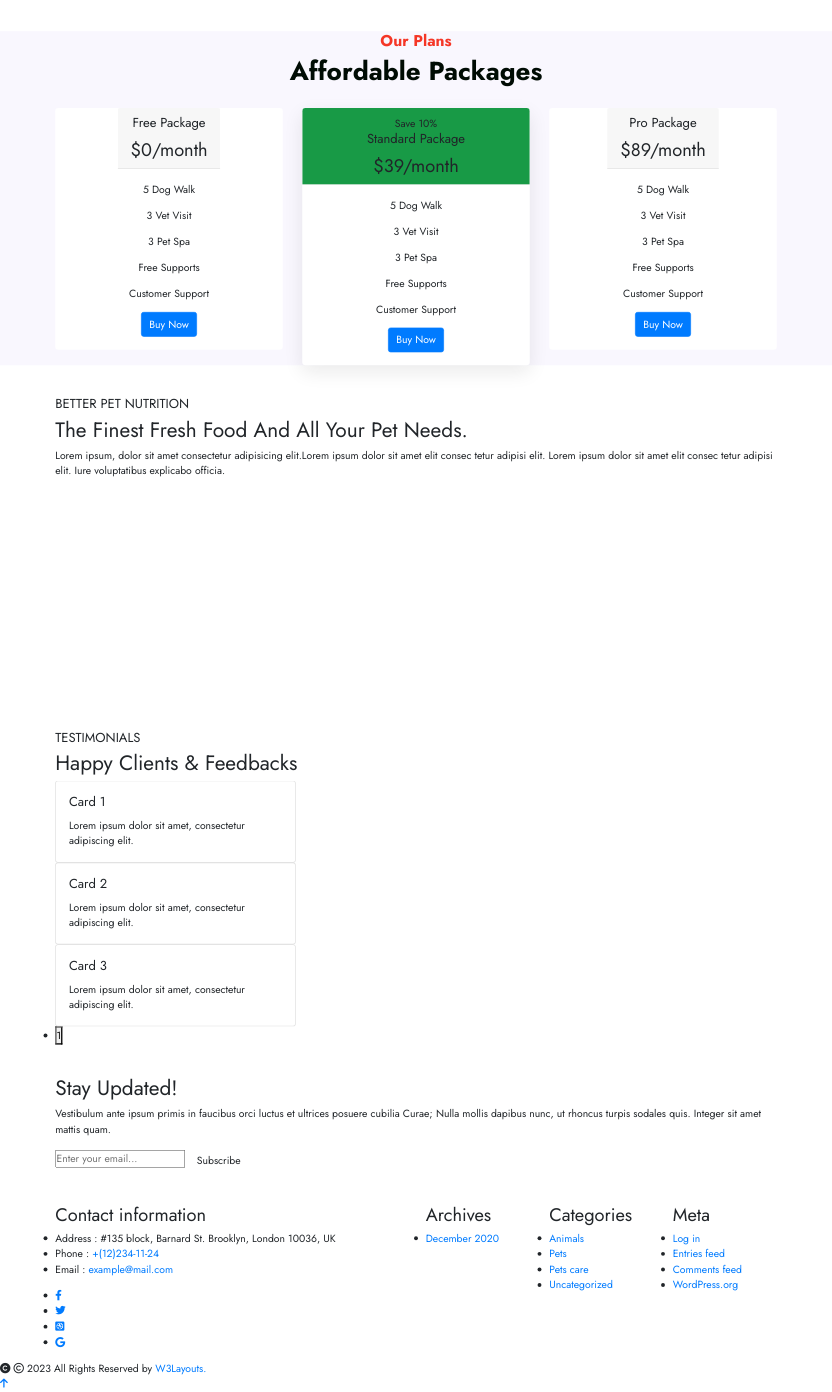
Repository: thanhfrankie/poochcare
Page: index.html
The author's editor kept a copy of each file at every save. The page is drawn from the files as they stood at one save, then again after a run of saves.
The browser window is 1280 px wide. The pictures show the whole page, at 65% of full size.
Pictures or frames that could not be fetched are drawn as grey boxes.

Above is the page before, as saved 2023-12-20 21:57:02.

After the next 2 saves:
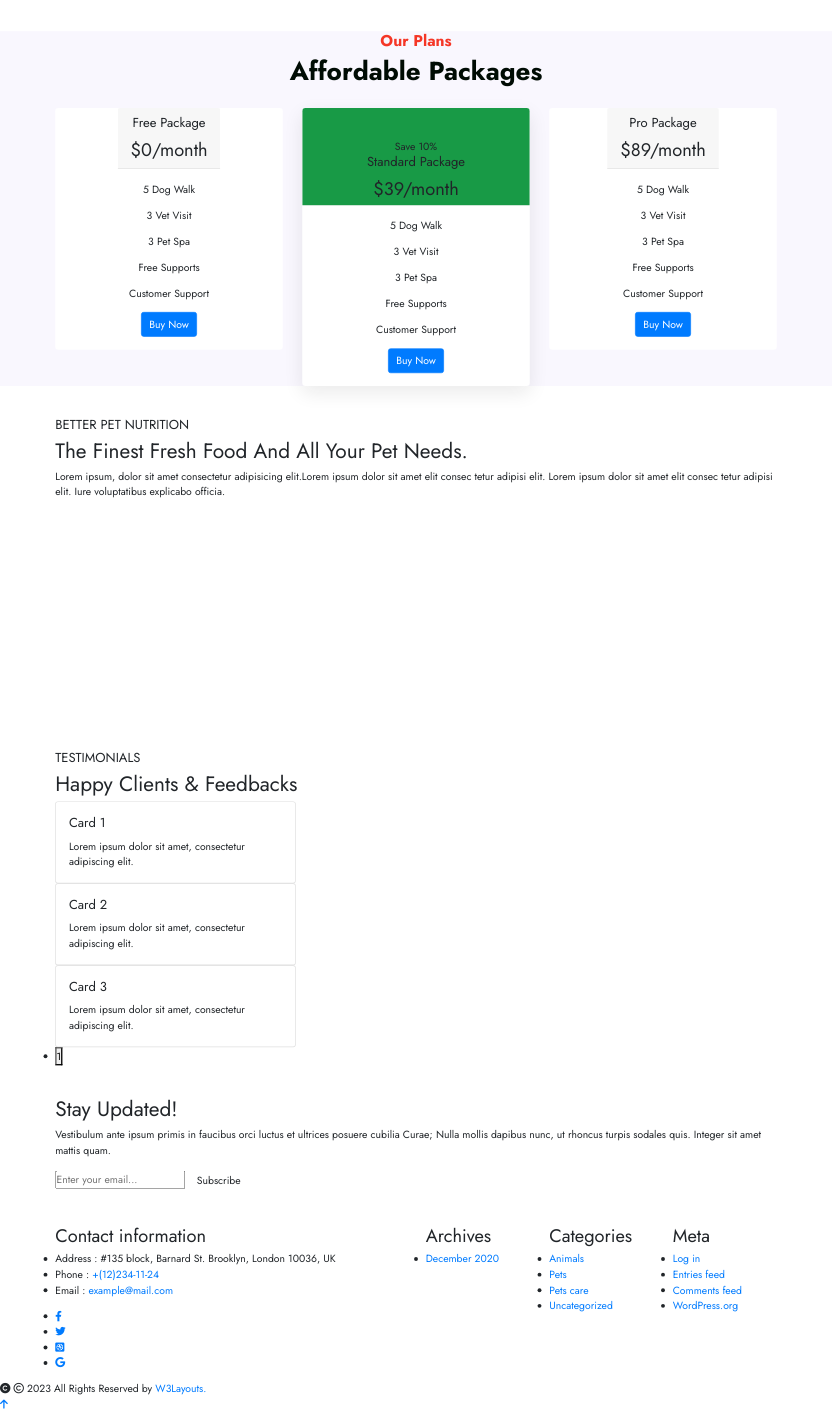
The 2 saves are shown as one change because they came seconds apart.
The last was saved 20 s later.
--- a/css/pricing.css
+++ b/css/pricing.css
@@ -1,49 +1,48 @@
 .pricing {
-    background-color: #F9F7FE;
+  background-color: #f9f7fe;
 }
 .pricing .container {
-    width: 100%;
+  width: 100%;
 }
 .pricing .container .title {
-    display: flex;
-    justify-content: center;
-    align-items: center;
-    flex-direction: column;
-    padding-bottom: 25px;
+  display: flex;
+  justify-content: center;
+  align-items: center;
+  flex-direction: column;
+  padding-bottom: 25px;
 }
 .pricing .container .title h4 {
-    color: #F53626;
-    font-weight: 550;
-
+  color: #f53626;
+  font-weight: 550;
 }
-.pricing .title h2{
-    font-size: 40px;
-    font-weight: 600;
-    line-height: 48px;
-    text-transform: capitalize;
-    color:#000C04;
- }
- .pricing .container .row {
-    /* border: 1px solid blue; */
-
- }
- .pricing .container .row .card {
-    display: flex;
-    justify-content: center;
-    align-items: center;
-    flex-direction: column;
-    text-align: center;
-    background-color: #FFFFFF;
-    border-radius: 5px;
-    border: none;
- }
- .pricing .container .row .card2 {
-    box-shadow: 0 10px 30px 0 rgba(17, 17, 17, 0.09);
-    z-index: 1;
- }
- .pricing .container .row .card2 .card-header{
-    width: 100%;
-    background-color:#189A46;
-    border-top-right-radius: 5px;
-    border-top-left-radius: 5px;
- }
+.pricing .title h2 {
+  font-size: 40px;
+  font-weight: 600;
+  line-height: 48px;
+  text-transform: capitalize;
+  color: #000c04;
+}
+.pricing .container .row {
+  /* border: 1px solid blue; */
+}
+.pricing .container .row .card {
+  display: flex;
+  justify-content: center;
+  align-items: center;
+  flex-direction: column;
+  text-align: center;
+  background-color: #ffffff;
+  border-radius: 5px;
+  border: none;
+}
+.pricing .container .row .card2 {
+  box-shadow: 0 10px 30px 0 rgba(17, 17, 17, 0.09);
+  z-index: 1;
+}
+.pricing .container .row .card2 .card-header {
+  padding: 3em 2.5em 0.5em;
+  width: 100%;
+  background-color: #189a46;
+  border-top-right-radius: 5px;
+  border-top-left-radius: 5px;
+}

After the save that followed:
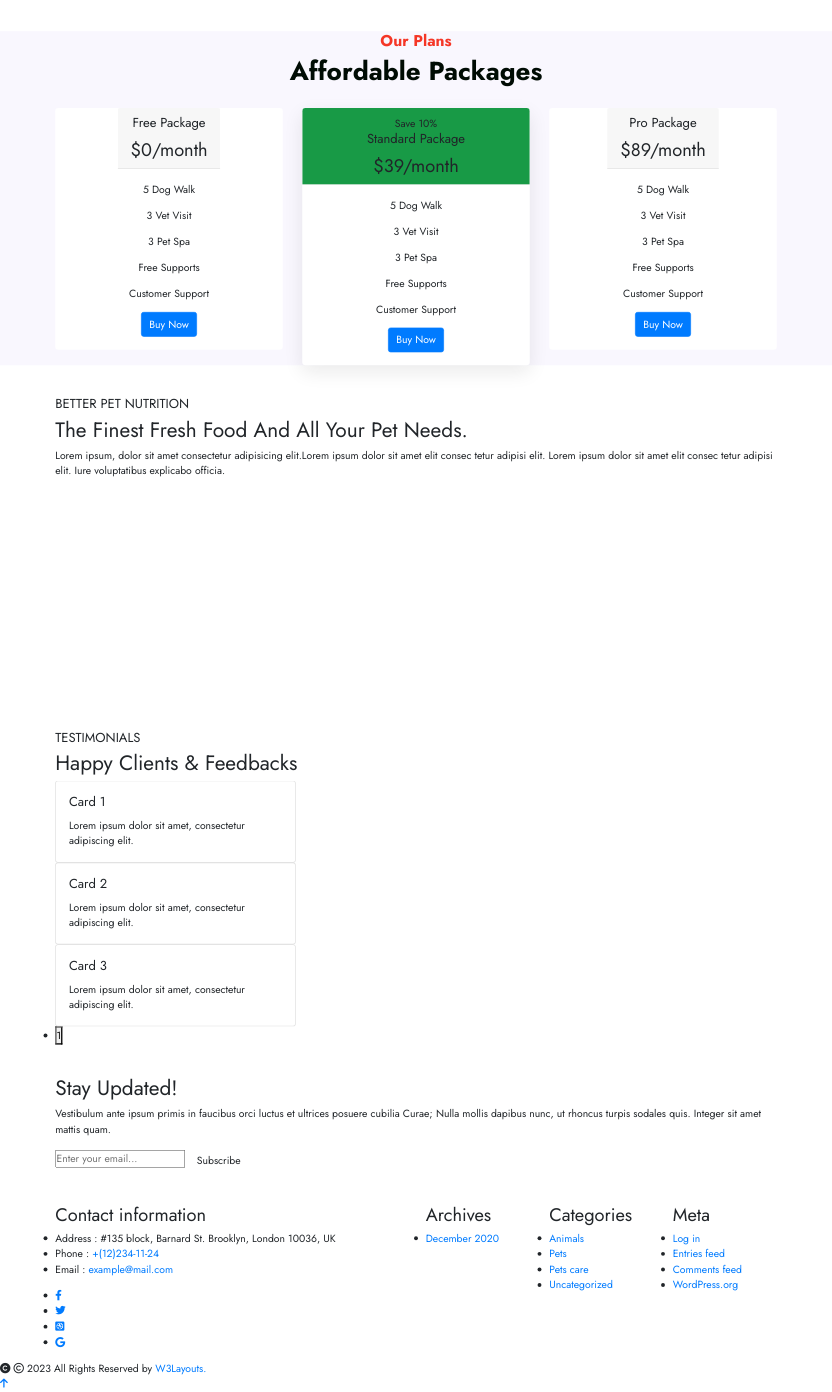
Saved 20 s later.
--- a/css/pricing.css
+++ b/css/pricing.css
@@ -40,7 +40,6 @@
   z-index: 1;
 }
 .pricing .container .row .card2 .card-header {
-  padding: 3em 2.5em 0.5em;
   width: 100%;
   background-color: #189a46;
   border-top-right-radius: 5px;
